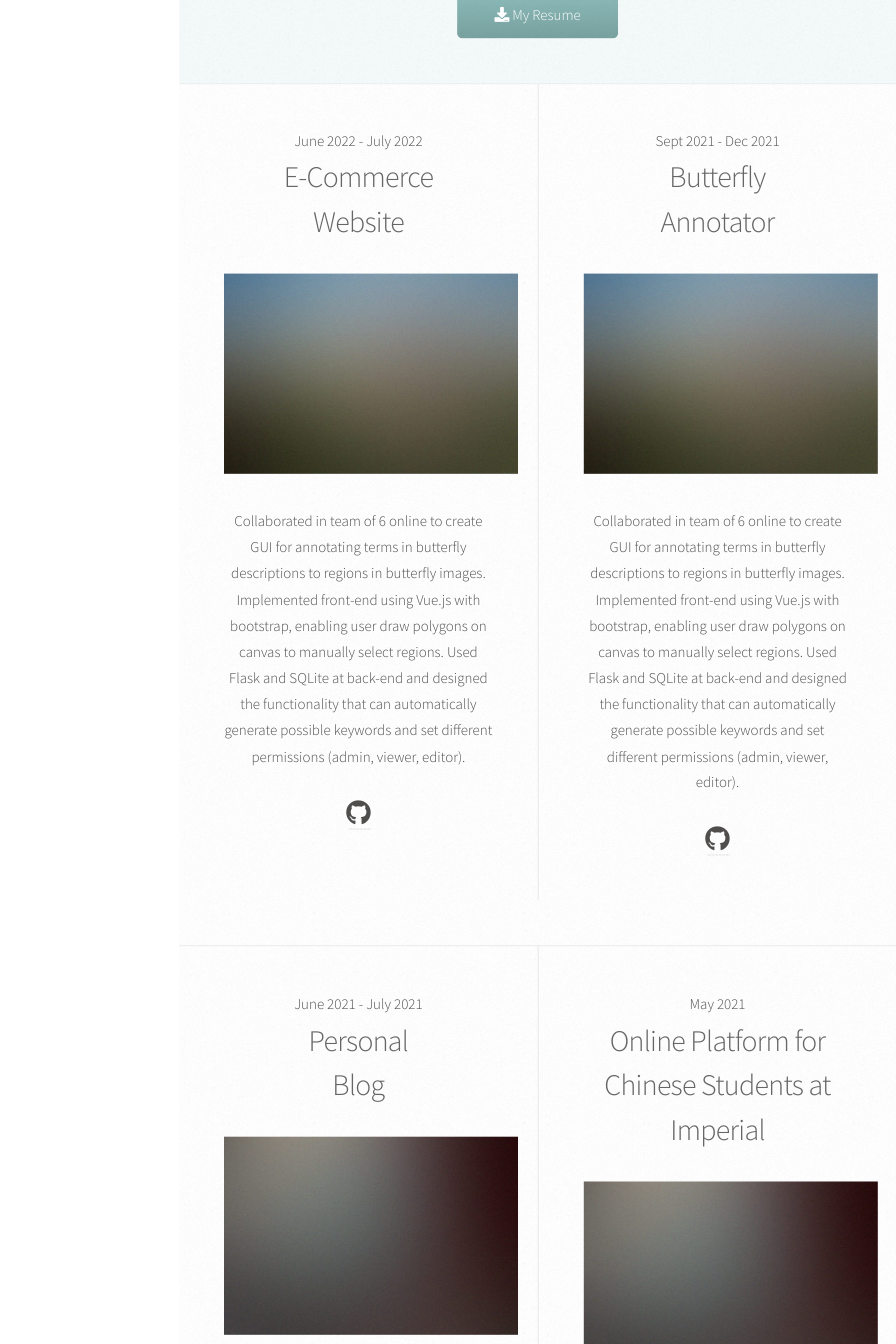
Repository: Felixqxz/Felixqxz.github.io
Page: index.html
The author's editor kept a copy of each file at every save. The page is drawn from the files as they stood at one save, then again after the next save.
The browser window is 1280 px wide. The pictures show the part of the page from y = 1497 to 3417 px (the page is 5614 px tall), at 70% of full size.

Above is the page before, as saved 2022-07-28 23:42:10.

After the next save:
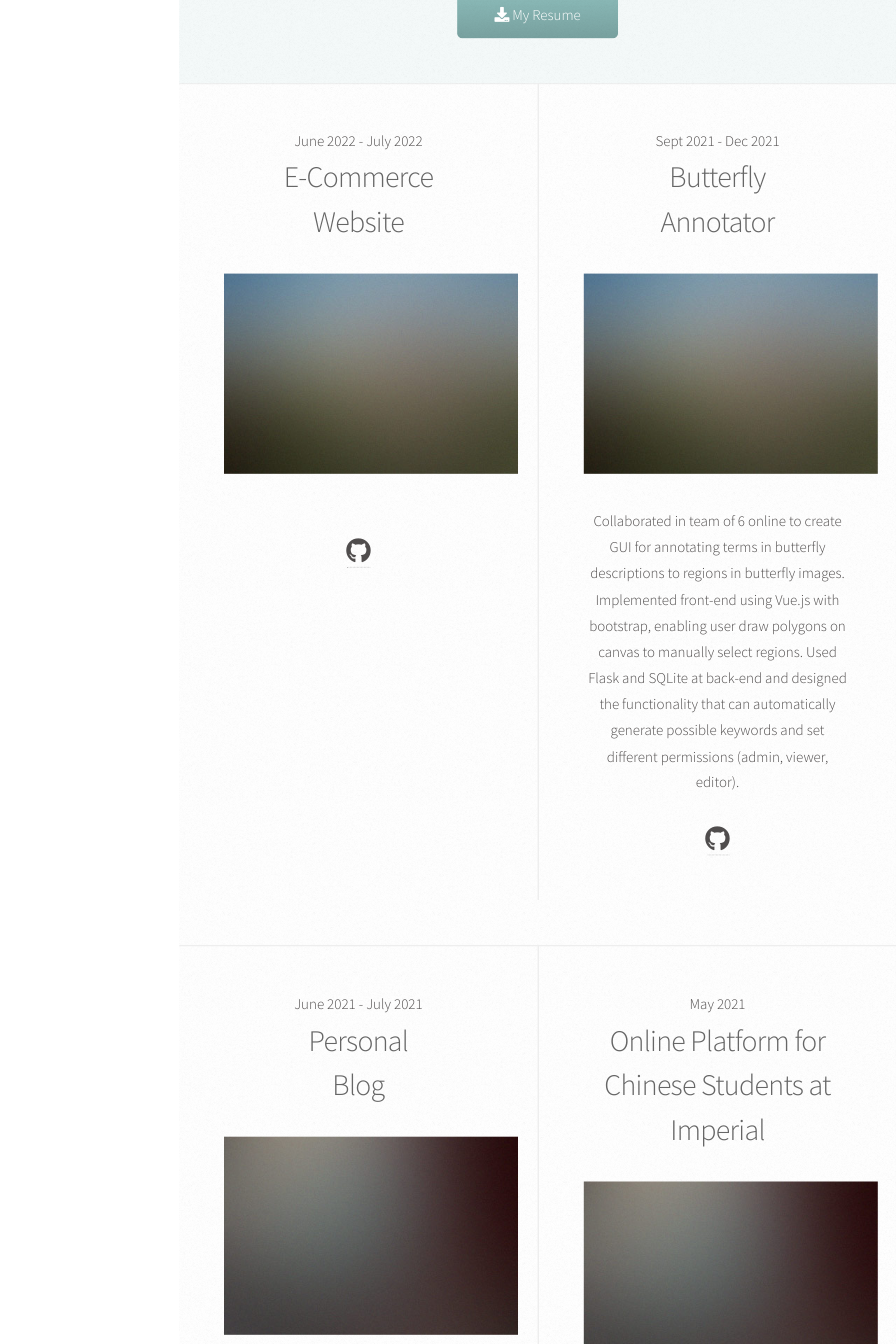
Saved 13 s later.
--- a/index.html
+++ b/index.html
@@ -111,10 +111,7 @@
 								Website</a></h2>
 							</header>
 							<img src="images/pic02.jpg" alt="" /><br><br>
-							<p>Collaborated in team of 6 online to create GUI for annotating terms in butterfly descriptions to regions in butterfly images.
-							Implemented front-end using Vue.js with bootstrap, enabling user draw polygons on canvas to manually select regions.
-							Used Flask and SQLite at back-end and designed the functionality that can automatically generate possible
-							keywords and set different permissions (admin, viewer, editor).
+							<p>
 							</p>
 							<a href="https://github.com/Felixqxz/butterfly-annotator" class="icon brands fa-github" style="font-size:36px"><span class="label">Github</span></a>
 						</article>
